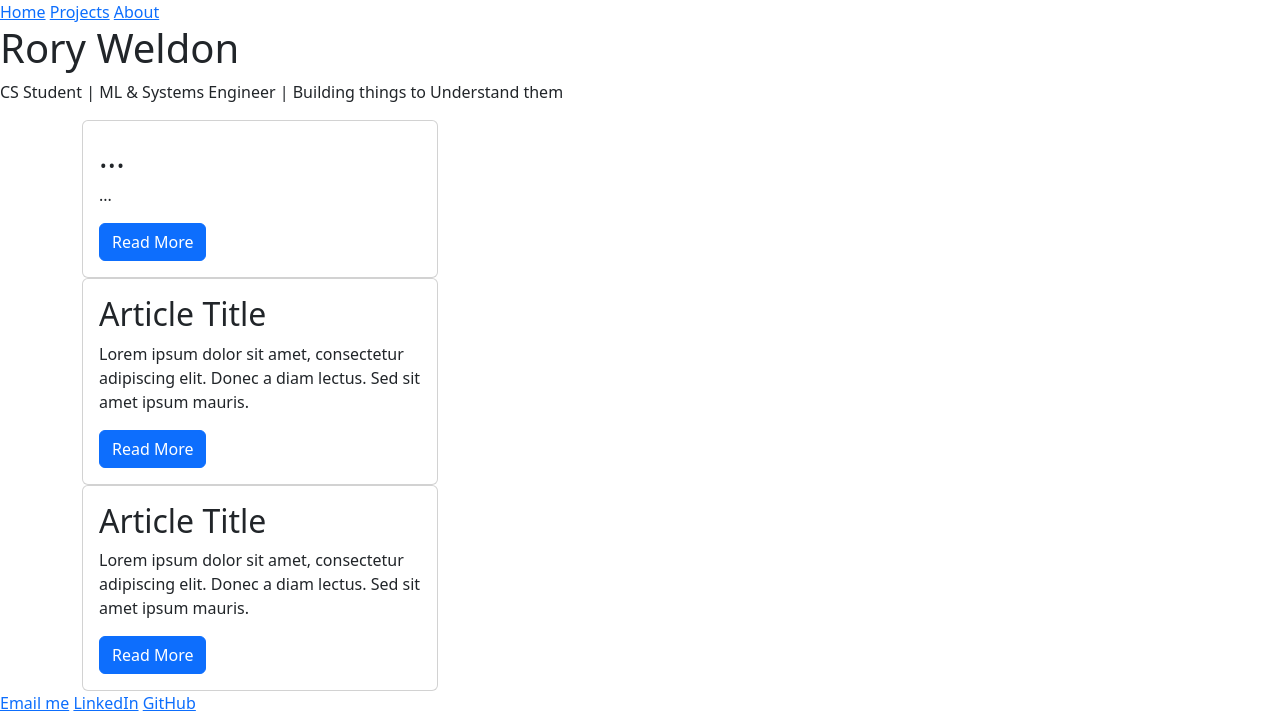
Repository: Art3misF0wl90/Portfolio
Page: index.html
These files come from the project's save history. The page is drawn as it stood at one moment and after a run of saves; the edit follows.
The browser window is 1280 px wide. The pictures show the whole page.

Above is the page before, as saved 2026-06-17 19:15:39.

After the next 2 saves:
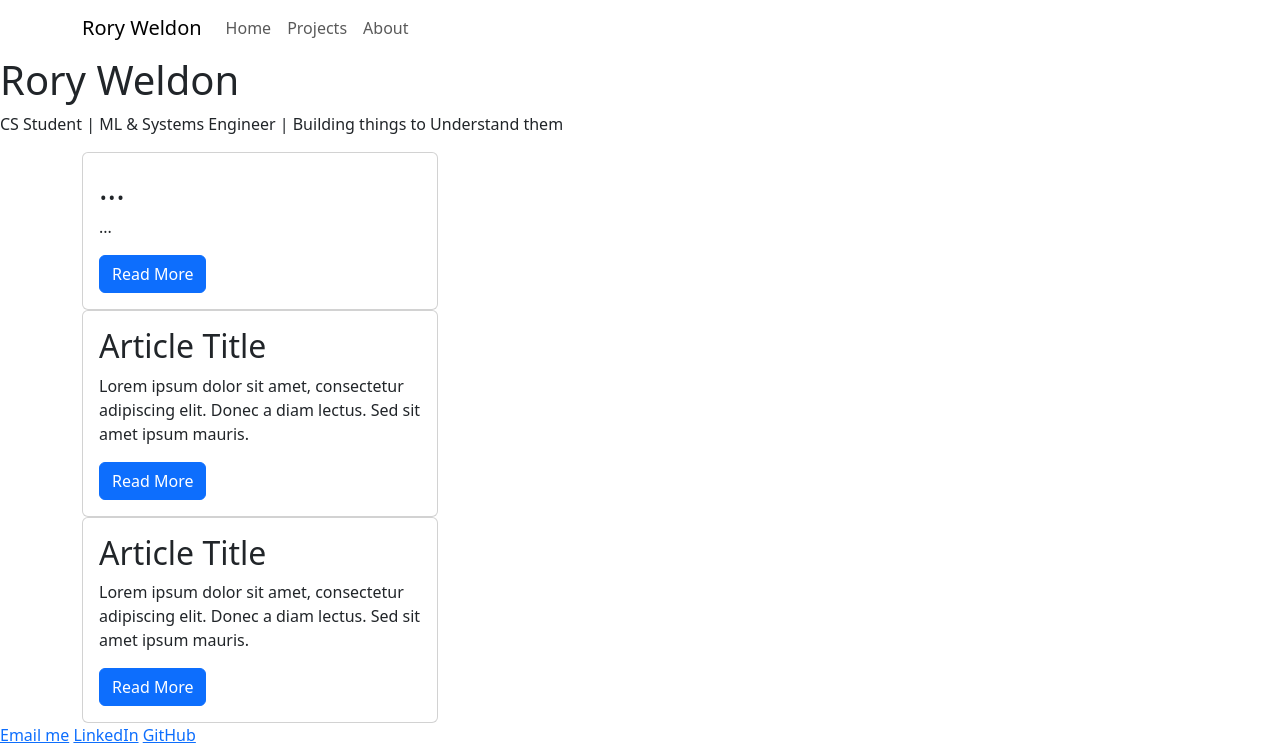
The 2 saves are shown as one change because they came seconds apart.
The last was saved 4 min 23 s later.
--- a/index.html
+++ b/index.html
@@ -16,10 +16,37 @@
   <!-- this is the main content area -->
   <body>
     <!-- Navigation bar -->
-    <nav>
-      <a href="index.html">Home</a>
-      <a href="projects.html">Projects</a>
-      <a href="about.html">About</a>
+    <nav class="navbar navbar-expand-lg">
+      <!-- bar + collapse-below-lg -->
+      <div class="container">
+        <!-- cap/center contents -->
+        <a class="navbar-brand" href="index.html">Rory Weldon</a>
+        <button
+          class="navbar-toggler"
+          type="button"
+          data-bs-toggle="collapse"
+          data-bs-target="#navLinks"
+          aria-controls="navLinks"
+          aria-expanded="false"
+          aria-label="Toggle navigation"
+        >
+          <span class="navbar-toggler-icon"></span>
+        </button>
+        <div class="collapse navbar-collapse" id="navLinks">
+          <!-- toggle target -->
+          <ul class="navbar-nav">
+            <li class="nav-item">
+              <a class="nav-link" href="index.html">Home</a>
+            </li>
+            <li class="nav-item">
+              <a class="nav-link" href="projects.html">Projects</a>
+            </li>
+            <li class="nav-item">
+              <a class="nav-link" href="about.html">About</a>
+            </li>
+          </ul>
+        </div>
+      </div>
     </nav>
 
     <!-- Header content -->
